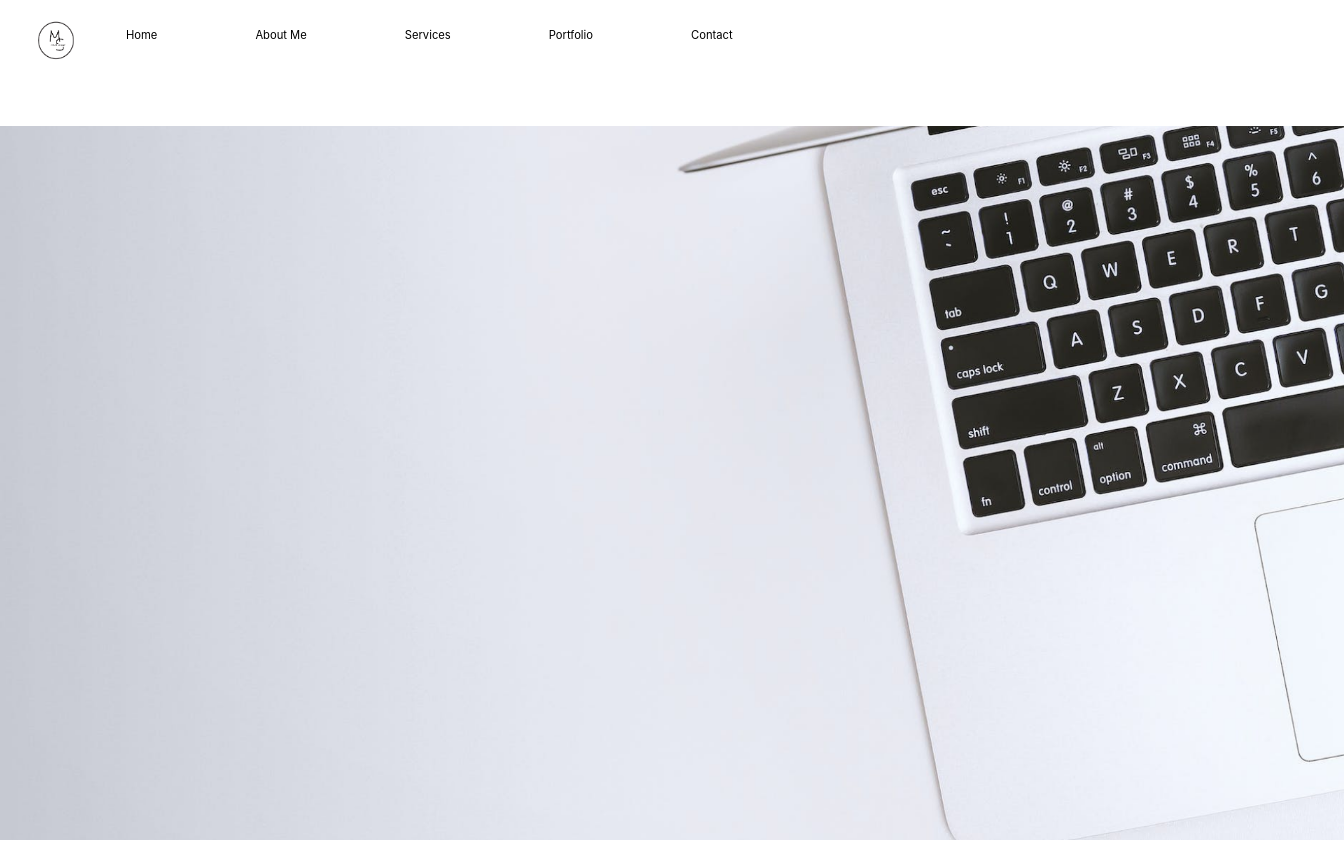
Repository: MEROO1010/Portfolio-2
Page: /
The author's editor kept a copy of each file at every save. The page is drawn from the files as they stood at one save, then again after the next save.
The browser window is 1280 px wide. The page is 1920 px wide, so the pictures cover 1920 px, including what lies to the right of the window. The pictures show the whole page, at 70% of full size.
The project was rebuilt for these pictures with package versions that can differ from the ones it lists, and the page was loaded fresh each time.

Above is the page before, as saved 2023-12-16 10:53:35.

### src/App.js
import './App.css';
import Home from './components/Home';
import Navbar from './components/Navbar';

function App() {
  return (
    <div className="App">
     <Navbar/>
     <Home/>
    </div>
  );
}

export default App;

### src/components/Home.js
import React from 'react'
import HomeImage from "../images/header background.png";
import styled from "styled-components"


const Home = () => {
  return (
    <Container>
        <img src={HomeImage}alt=""/>
    </Container>
  )
}

const Container = styled.div`
 width: 100%;
`

export default Home

### src/components/Navbar.js
import React from 'react'
import styled from "styled-components"
import MYLOGO from "../images/white logo.png";

const Navbar = () => {
  return (
    <Container>
       <ul>
          <li>Home</li>
          <li>About Me</li>
          <li>Services</li>
          <li>Portfolio</li>
          <li>Contact</li>
       </ul>

       <Logo>
       <img src={MYLOGO}alt=""/>
       </Logo>
    </Container>
  )
}


const Container = styled.div `
  padding-top:40px;
  background-color:white;
  margin-bottom:40px;
  ul{
   list-style-type: none;
  margin: 0;
  padding: 10;
  top: 20px;
  overflow: hidden;
  }

  li {
    position:sticky;
    justifyContent: flex-end;
    display: flex;
    right:100px;
  float: left;
  padding-left: 20px;
  margin-left:120px;


}
li a {
  display: block;
  color: white;
  text-align: center;
  padding: 16px;
  text-decoration: none;
}

li a:hover {
  background-color: #111111;
}
`

const Logo = styled.div `
position:relative;
bottom:40px;
padding-bottom:80px;
 img{
 width:80px;
 height:80px;
 float: left;
 margin-left:40px;
 padding-bottom:40px;
 justifyContent: flex-end;

 }
`

export default Navbar

Loaded but not shown: public/index.html (common file); src/index.js (common file); src/index.css (common file); src/reportWebVitals.js (common file); src/App.css (common file)

After the next save:
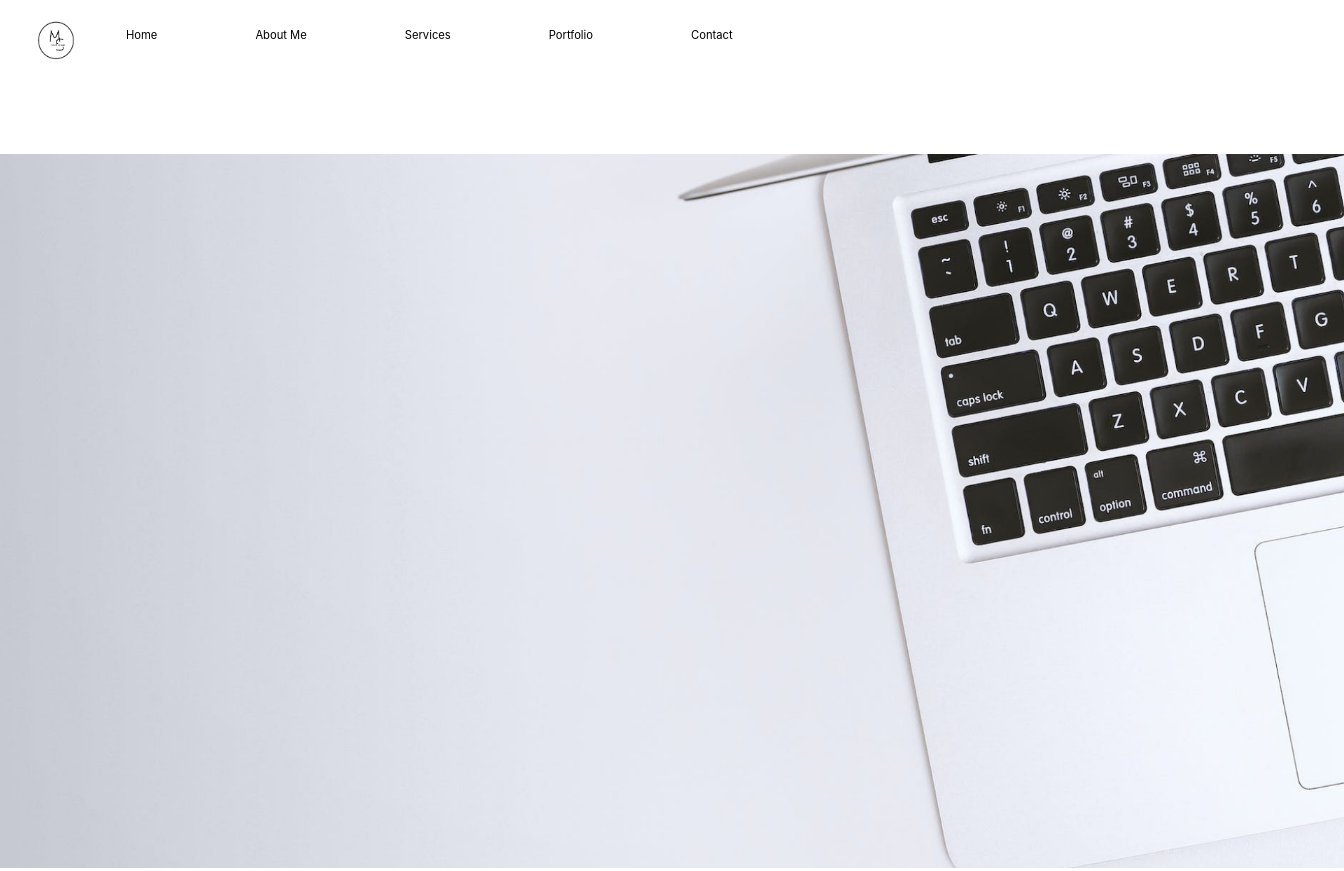
Saved 4 s later.
--- a/src/components/Navbar.js
+++ b/src/components/Navbar.js
@@ -24,7 +24,7 @@ const Navbar = () => {
 const Container = styled.div `
   padding-top:40px;
   background-color:white;
-  margin-bottom:40px;
+  margin-bottom:80px;
   ul{
    list-style-type: none;
   margin: 0;
